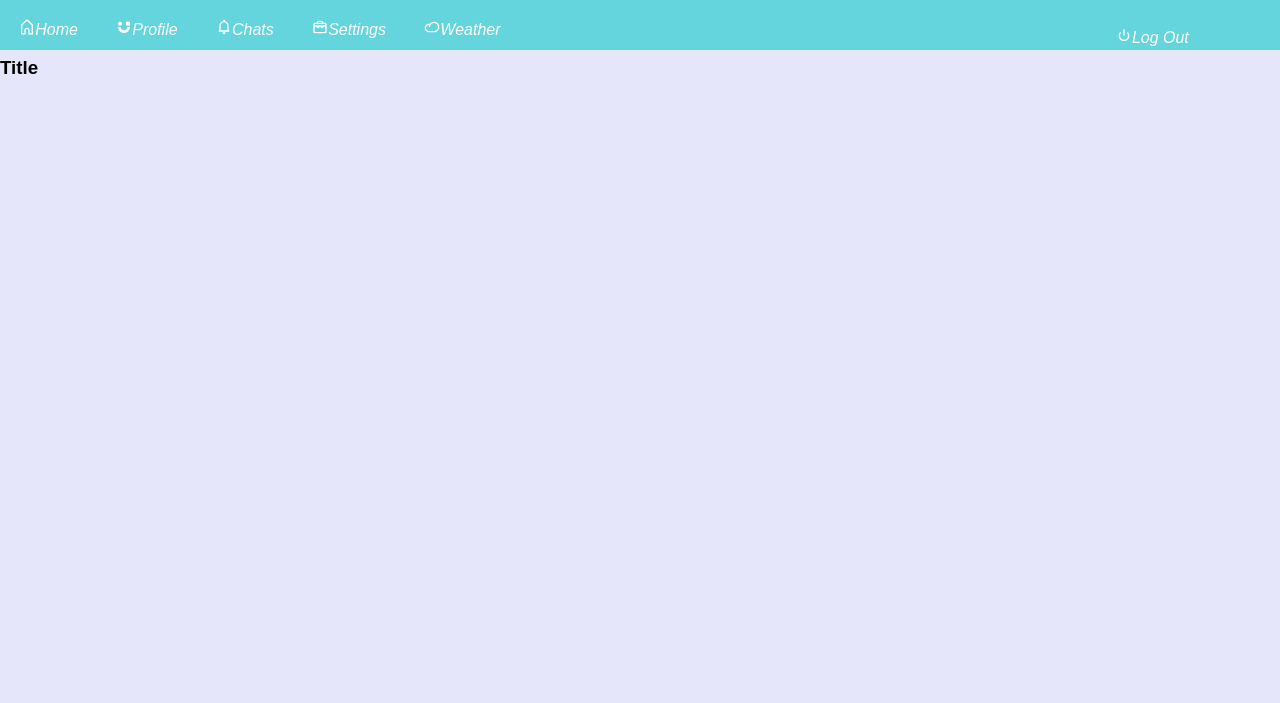
Repository: deriksadiki/react-routes-v6
Page: /search
The author's editor kept a copy of each file at every save. The page is drawn from the files as they stood at one save, then again after a run of saves.
The browser window is 1280 px wide. The pictures show the whole page.
The project was rebuilt for these pictures with package versions that can differ from the ones it lists, and the page was loaded fresh each time. Also part of the build but not shown: src/Components/topbar/OfflineNav.js, src/App.css, src/Components/Login/Login.js, src/Components/Profile/Profile.js, src/Components/SIgnup/SIgnup.js.

Above is the page before, as saved 2021-11-19 19:58:48.

### src/App.js
import Topbar from './Components/topbar/Topbar';
import './App.css';
import AuthRoutes from './Auth/Routes';


//functional programing
function App() {
  return (
    <AuthRoutes/>,
    <Topbar/>
  );
}

export default App;

### src/Components/topbar/Topbar.js

import "./topbar.css";
import Navigation from "./Navigation";
import MobileTopBar from './MobileTopBar';
export default function Topbar(){

    return(
      <nav className='Topbar'>
           <Navigation/>,
           <MobileTopBar/>
      </nav>
    );
}

### src/Components/topbar/topbar.css
/*Mobile*/

@media (max-width: 900px) {
  .Navigation{
    display: none;
  }
  .MobileTopBar{
    display: flex;
    background: rgb(100,212,221);
    align-items: center;
    width: 100%;
    height: 60px;
    position: fixed;
    top: 0;
    left: 0;
    border-bottom: white 1px ridge;
  }
  .MobileTopBar .menubtn{
    position: absolute;
    right: 5%;
    padding: 8px;
    cursor: pointer;
    font-size: 1.5rem;
  }
  .MobileTopBar .closebtn{
    position: absolute;
    right: 5%;
    padding: 8px;
    cursor: pointer;
    font-size: 1.5rem;
  }
  .MobileTopBar .fa-bars:hover{
    color: blueviolet;
    background: white;
  }
  .MobileTopBar span i{
    color: rgb(255, 254, 254);
    font-size: 1rem;
    padding: 10px;
  }
  .MobileTopBar span h4{
    color: antiquewhite;
    font-size:1rem
  }
  .MobileTopBar .linksContainer {
    display: flex;
    flex-direction: column;
    top: 60px;
    position: absolute;
    left: 0;
    padding: 8px;
    background: #181818;
    width: 100%;
  }
}
/*Computer screen*/
.Navigation{
  width: 100%;
  background: rgb(100,212,221);
  height: 50px;
  top: 0;
  position: fixed;
  left: 0;
}
/*Break none*/
.Navigation .linksContainer br{
  display: none;
}
/*Icons*/
.Navigation span i{
  display: inline-block;
  margin: 1.5vw;
  color: white;
  font-size: 1rem;
}
.Navigation span i:hover{
  border-bottom: 2px solid rgb(255, 255, 255);
  color:black;
  }

/*Sign out button*/
.Navigation .linksContainer .signout{
  position: absolute;
  right: 5%;
  padding: 8px;
  font-size: 1rem;
}

### src/Components/topbar/Navigation.js
import "./topbar.css";

import NavbarLinks from "./NavbarLinks";
export default function Navigation(){

    return(
        <nav className='Navigation'>
        <NavbarLinks/>
        </nav>
        )}

### src/Components/topbar/MobileTopBar.js
import "./topbar.css";
import { useState } from "react";
//Icons
import {CgMenuRound} from "react-icons/cg";
import {CgClose} from "react-icons/cg";
import NavLinks from "./NavbarLinks";

export default function MobileTopBar(){

//Toggle close and open Nav For mobile
const [open, setOpen] = useState(false);
const openMenu = <CgMenuRound className='menubtn' onClick={() => setOpen(!open)}/>
const closeMenu = <CgClose className="closebtn" onClick={() => setOpen(!open)}/>
const closeMobileMenu = () => setOpen(false);

    return(
        <nav className='MobileTopBar'>
        {open ? closeMenu: openMenu}
        { open && <NavLinks isMobile={true} closeMobileMenu={closeMobileMenu}/>}
        <div className="titleContent"><h3>Title</h3></div>
        </nav>
 )}

### src/Components/topbar/NavbarLinks.js
import RouteLinks from "./RouteLinks";
import OfflineNav from "./OfflineNav";
import { BrowserRouter as Router, Route, Routes } from 'react-router-dom'
import React, { useState } from 'react'


const NavbarLinks = () =>{
    const [loginState, setLoginState] = useState(true)

        return(
            <Router>
                {
                    loginState ?
                    <Routes>
                    <Route exact path="*" element={<RouteLinks/>}/>
                    </Routes>
                :
                    <Routes>
                        <Route exact path="*" element={<OfflineNav/>}/>
                    </Routes>
    }
            </Router>
        )
    }

    export default NavbarLinks;

### src/Components/Home/home.css
body{
    font-family: 'Nunito', sans-serif;
  }
  .page {
      height: 140px;
      background: rgba(0, 204, 204, 0.651);
      position:inherit;
      margin-bottom: 30px;
   }
  .page .fa-search{
    font-size: 1.5rem;
    margin: 5px;
    cursor: pointer;
      position: absolute;
      top: 90px;
      right: 10px;

  }
  #friends{
    height: 270px;
    position:inherit;
    border-bottom:purple ridge 1px;
    margin: 0 auto;
    max-width: 800px;
    padding: 0 20px;
  }
  #friends h3{
  margin: 4px;
  }
  #friends ul li{
    list-style: none;
    font-size: 15px;
    margin: 5px;
    padding: 5px;
    cursor: pointer;
  }
  #friends .fa-user-circle{
    margin: 5px;
    font-size: 1.5rem;
  }
  .page .fa-search:hover{
  color: white;
  }
  .page input{
     background:purple;
     padding: 5px;
     margin: 5px;
     color: white;
     width: 80%;

  }
  .page input::placeholder{
    color:white ;
  }
  .page h1{
    color: rgb(255, 255, 255);
    margin: 5px;
  }
   body {
     background-color: lavender;
   }

   @media screen and (min-width: 400px) {
     body {
       background-color: lavender   }
   }

   @media screen and (min-width: 800px) {
     body {
       background-color: lavender;
     }
   }

### src/Components/topbar/RouteLinks.js
import React from 'react'
import '../topbar/topbar.css'
import {NavLink} from 'react-router-dom'
import {CgCloud, CgHome} from "react-icons/cg";
import {CgUserlane} from "react-icons/cg";
import {CgBell} from "react-icons/cg";
import {CgToolbox} from "react-icons/cg";
import {CgLogOff} from "react-icons/cg";
function RouteLinks(props) {
    return (
        <div>
            <div className="linksContainer">

                    <NavLink to="/home" activeStyle={{color: 'black'}} exact onClick={() => props.isMobile && props.closeMobileMenu()}><span><i><CgHome/>Home</i></span>
                    </NavLink>
                    <br></br>
                    <NavLink to="/profile" activeStyle={{color: 'black'}} onClick={() => props.isMobile && props.closeMobileMenu()} ><span><i ><CgUserlane/>Profile</i></span>
                    </NavLink>
                    <br></br>
                    <NavLink to="/chat" activeStyle={{color: 'black'}} onClick={() => props.isMobile && props.closeMobileMenu()} ><span><i><CgBell/>Chats</i></span>
                    </NavLink>
                    <br></br>
                    <NavLink to="/settings" activeStyle={{color: 'black'}} onClick={() => props.isMobile && props.closeMobileMenu()} ><span><i><CgToolbox />Settings</i></span>
                    </NavLink>
                    <br></br>
                    <NavLink to="/weather" activeStyle={{color: 'black'}} onClick={() => props.isMobile && props.closeMobileMenu()} ><span><i><CgCloud />Weather</i></span>
                    </NavLink>
                    <br></br>
                    <NavLink to="/signin" activeStyle={{color: 'black'}} onClick={() => props.isMobile && props.closeMobileMenu()} ><span className="signout"><i><CgLogOff />Log Out</i></span>
                    </NavLink>
                    </div>
        </div>
    )
}

export default RouteLinks

### src/Auth/Routes.js

import React, { useState } from 'react'
import { BrowserRouter as Router, Route, Routes } from 'react-router-dom'

//components
import Home from '../Components/Home/Home';
import Login from '../Components/Login/Login';
import Profile from '../Components/Profile/Profile';
import SIgnup from '../Components/SIgnup/SIgnup';


const AuthRoutes = () =>{
    const [loginState, setLoginState] = useState(true)
    return(
//Router
        <Router>
            {
            loginState ?
            //Online Handler
                <Routes>
                <Route exact path="*" element={<Home/>}/>
                <Route exact path="/Home" element={<Home/>}/>
                <Route exact path="/Profile" element={<Profile/>}/>

                </Routes>
            :
            //Offline Handler
                <Routes>
                    <Route exact path="*" element={<Login/>}/>
                    <Route exact path="/Signup" element={<SIgnup/>}/>
                    <Route exact path="/Login" element={<Login/>}/>
                </Routes>
            }
        </Router>
    )
}

export default AuthRoutes;

### src/Components/Home/Home.js
import "./home.css";
import {Link} from 'react-router-dom'


export default function Home(){


    return(

        <div className="page">
        <br></br>
        <br></br>
        <br></br>
            <h1>
            Lobby
            </h1>

            <div ClassName="searchbar">
            <Link to="/search"><i className="fas fa-search"></i>
            </Link>
            </div>
            <div id="friends">
                <br></br>
                <h3>Dashboard People</h3>
                <ul>
                    <li> <i className="fas fa-user-circle"></i>Edmond Sadiki</li>
                    <li><i className="fas fa-user-circle"></i>John Smith</li>
                    <li> <i className="fas fa-user-circle"></i>Derik Sadiki</li>
                    <li> <i className="fas fa-user-circle"></i>Leoram ispa</li>
                    <li> <i className="fas fa-user-circle"></i>Edmond Sadiki</li>
                    <li><i className="fas fa-user-circle"></i>John Smith</li>
                    <li> <i className="fas fa-user-circle"></i>Derik Sadiki</li>
                    <li> <i className="fas fa-user-circle"></i>Leoram ispa</li>
                    <li> <i className="fas fa-user-circle"></i>Edmond Sadiki</li>
                    <li><i className="fas fa-user-circle"></i>John Smith</li>
                    <li> <i className="fas fa-user-circle"></i>Derik Sadiki</li>
                    <li> <i className="fas fa-user-circle"></i>Leoram ispa</li>
                </ul>

            </div>
        </div>
    );
}

Loaded but not shown: public/index.html (common file); src/index.js (common file); src/index.css (common file)

After the next 2 saves:
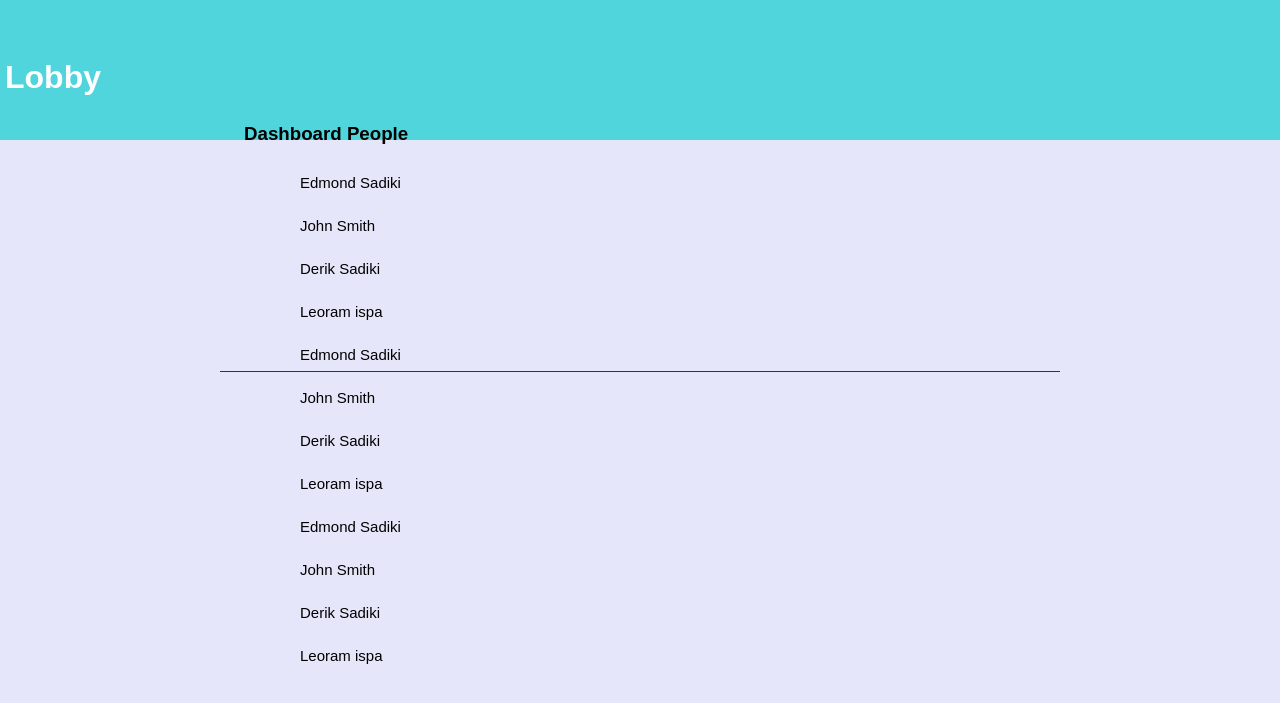
The 2 saves are shown as one change because they came seconds apart.
The last was saved 9 s later.
--- a/src/App.js
+++ b/src/App.js
@@ -6,8 +6,8 @@ import AuthRoutes from './Auth/Routes';
 //functional programing
 function App() {
   return (
-    <AuthRoutes/>,
-    <Topbar/>
+    <AuthRoutes/>
+
   );
 }
 
